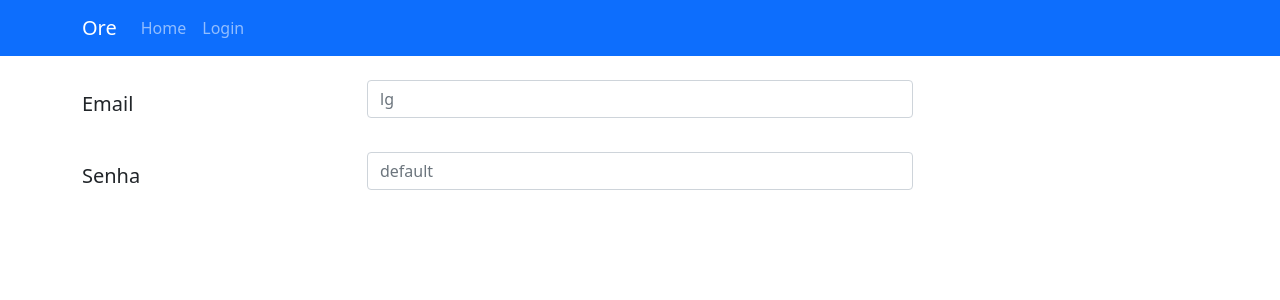
Repository: thf4/React-Front
Page: /login
An editor plug-in stored every save of this project. The page is shown before and after the next save, followed by the edit.
The browser window is 1280 px wide. The pictures show the whole page.
The project was rebuilt for these pictures with package versions that can differ from the ones it lists, and the page was loaded fresh each time. Also part of the build but not shown: src/config/index.js, src/pages/Home/index.js, src/pages/Vizualizar/index.js, src/config/cadastrar.js, src/pages/Cadastrar/index.js, src/pages/Editar/index.js, src/pages/HomePage/index.js.

Above is the page before, as saved 2021-05-07 15:54:53.

After the next save:
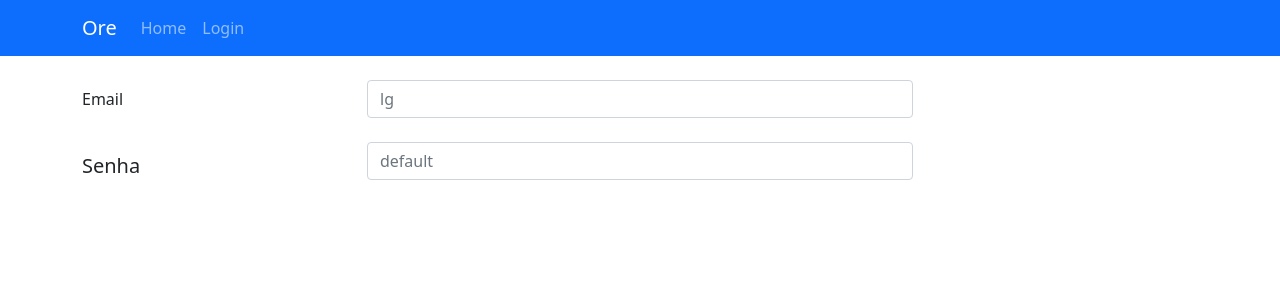
Saved 7 s later.
--- a/src/pages/Login/index.js
+++ b/src/pages/Login/index.js
@@ -5,7 +5,7 @@
     <Form>
       <Container >
         <FormGroup row className="mt-4">
-          <Label for="exampleEmail" sm={3} size="lg">
+          <Label for="exampleEmail" sm={3} >
             Email
           </Label>
           <Col sm={6}>

After the save that followed:
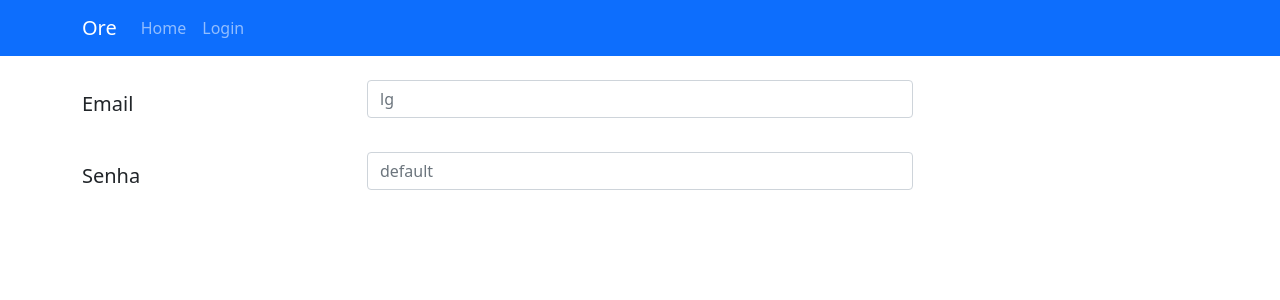
Saved 4 s later.
--- a/src/pages/Login/index.js
+++ b/src/pages/Login/index.js
@@ -5,7 +5,7 @@
     <Form>
       <Container >
         <FormGroup row className="mt-4">
-          <Label for="exampleEmail" sm={3} >
+          <Label for="exampleEmail" sm={3} size="lg">
             Email
           </Label>
           <Col sm={6}>
